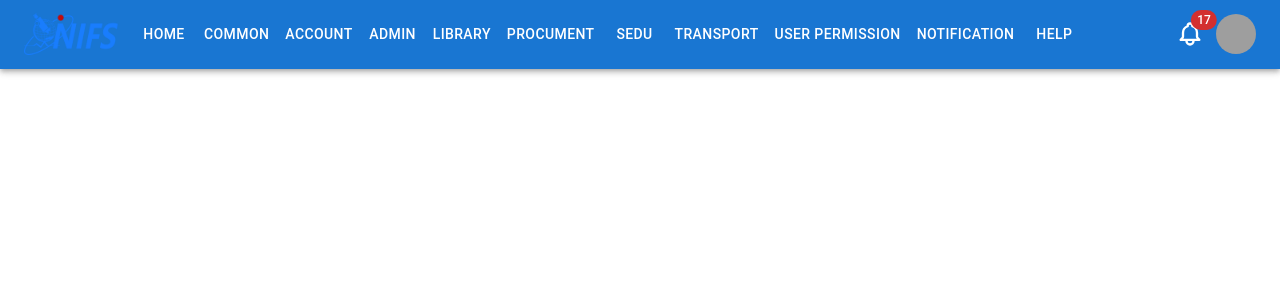
Repository: virangaj/NIFS-WebApp
Page: / (app in client/)
An editor plug-in stored every save of this project. The page is shown before and after the next save, followed by the edit.
The browser window is 1280 px wide. The pictures show the whole page.
Pictures or frames that could not be fetched are drawn as grey boxes. The project was rebuilt for these pictures with package versions that can differ from the ones it lists, and the page was loaded fresh each time.

Above is the page before, as saved 2022-07-17 20:37:43.

### client/public/index.html
<!DOCTYPE html>
<html lang="en">
	<head>
		<meta charset="utf-8" />
		<link rel="icon" href="%PUBLIC_URL%/favicon.ico" />
		<meta name="viewport" content="width=device-width, initial-scale=1" />
		<meta name="theme-color" content="#000000" />
		<meta
			name="description"
			content="Web site created using create-react-app"
		/>
		<link rel="apple-touch-icon" href="%PUBLIC_URL%/logo192.png" />
		<!--
      manifest.json provides metadata used when your web app is installed on a
      user's mobile device or desktop. See https://developers.google.com/web/fundamentals/web-app-manifest/
    -->
		<link rel="manifest" href="%PUBLIC_URL%/manifest.json" />
		<!--
      Notice the use of %PUBLIC_URL% in the tags above.
      It will be replaced with the URL of the `public` folder during the build.
      Only files inside the `public` folder can be referenced from the HTML.

      Unlike "/favicon.ico" or "favicon.ico", "%PUBLIC_URL%/favicon.ico" will
      work correctly both with client-side routing and a non-root public URL.
      Learn how to configure a non-root public URL by running `npm run build`.
    -->
		<link
			href="https://fonts.googleapis.com/css?family=Poppins"
			rel="stylesheet"
		/>
		<title>NIFS Dashboard</title>
	</head>
	<body>
		<noscript>You need to enable JavaScript to run this app.</noscript>
		<div id="root"></div>
		<!--
      This HTML file is a template.
      If you open it directly in the browser, you will see an empty page.

      You can add webfonts, meta tags, or analytics to this file.
      The build step will place the bundled scripts into the <body> tag.

      To begin the development, run `npm start` or `yarn start`.
      To create a production bundle, use `npm run build` or `yarn build`.
    -->
	</body>
</html>

### client/src/index.css
* {
  margin: 0;
}

body {
  font-family: 'Poppins';
  -webkit-font-smoothing: antialiased;
  -moz-osx-font-smoothing: grayscale;
}

:root {
  --main-navbar-back: #00003c;

}


.nav-logo {
  width: 100px;
  height: auto;
}

/* main navbar */
.main-navbar {
  background-color: var(--main-navbar-back) !important;
  width: 100% !important;
}

/* secondary navbar */
.secondary-navbar {
  margin-top: 10vh !important;
  margin: auto;
}

/* body content */
.body-content {
  margin: auto;
  width: 90%;
  margin-top: 7vh;

}

.sub-body-content {
  margin: auto;
  width: 90%;
  margin-top: 3vh;
}

### client/src/App.tsx
import React from 'react';

import './App.css';
import Navbar from './components/shared/Navbar';

function App() {
  return (
    <div className="App">
      <Navbar />
    </div>
  );
}

export default App;

### client/src/components/shared/Navbar.tsx
import * as React from 'react';
import AppBar from '@mui/material/AppBar';
import Box from '@mui/material/Box';
import Toolbar from '@mui/material/Toolbar';
import IconButton from '@mui/material/IconButton';
import Typography from '@mui/material/Typography';
import Menu from '@mui/material/Menu';
import Container from '@mui/material/Container';
import Avatar from '@mui/material/Avatar';
import Button from '@mui/material/Button';
import Tooltip from '@mui/material/Tooltip';
import MenuItem from '@mui/material/MenuItem';
import { HiMenuAlt2, HiOutlineBell } from "react-icons/hi";
import Badge from '@mui/material/Badge';
import Logo from '../../images/nifs_logo.png'
import { Link } from 'react-router-dom';

const Navbar = () => {
    const pages = [
        {
            id: 0,
            title: 'Home',
            link: '/',
        },
        {
            id: 1,
            title: 'Common',
            link: '/common',
        },
        {
            id: 2,
            title: 'Account',
            link: '/account',
        },
        {
            id: 3,
            title: 'Admin',
            link: '/admin',
        },
        {
            id: 4,
            title: 'Library',
            link: '/library',
        },
        {
            id: 5,
            title: 'Procument',
            link: '/procument',
        },
        {
            id: 6,
            title: 'SEDU',
            link: '/sedu',
        },
        {
            id: 7,
            title: 'Transport',
            link: '/transport',
        },
        {
            id: 8,
            title: 'User Permission',
            link: '/user-permission',
        },
        {
            id: 9,
            title: 'Notification',
            link: '/notification',
        },
        {
            id: 10,
            title: 'Help',
            link: '/help',
        },
    ];

    const settings = [
        {
            id: 0,
            title: 'Login',
            link: '/login',
        },
    ];
    const [anchorElNav, setAnchorElNav] = React.useState<null | HTMLElement>(null);
    const [anchorElUser, setAnchorElUser] = React.useState<null | HTMLElement>(null);

    const handleOpenNavMenu = (event: React.MouseEvent<HTMLElement>) => {
        setAnchorElNav(event.currentTarget);
    };
    const handleOpenUserMenu = (event: React.MouseEvent<HTMLElement>) => {
        setAnchorElUser(event.currentTarget);
    };

    const handleCloseNavMenu = () => {
        setAnchorElNav(null);
    };

    const handleCloseUserMenu = () => {
        setAnchorElUser(null);
    };

    return (
        <AppBar position="static">
            <Container maxWidth="xl">
                <Toolbar disableGutters>
                    {/*Responsive view start here  */}
                    <Box sx={{ display: { xs: 'none', md: 'flex' }, mr: 1 }}>
                        <img src={Logo} alt="logo" className="nav-logo" />
                    </Box>


                    <Box sx={{ flexGrow: 1, display: { xs: 'flex', md: 'none' } }}>
                        <IconButton
                            size="large"
                            aria-label="account of current user"
                            aria-controls="menu-appbar"
                            aria-haspopup="true"
                            onClick={handleOpenNavMenu}
                            color="inherit"
                        >
                            <HiMenuAlt2 />
                        </IconButton>
                        <Menu
                            id="menu-appbar"
                            anchorEl={anchorElNav}
                            anchorOrigin={{
                                vertical: 'bottom',
                                horizontal: 'left',
                            }}
                            keepMounted
                            transformOrigin={{
                                vertical: 'top',
                                horizontal: 'left',
                            }}
                            open={Boolean(anchorElNav)}
                            onClose={handleCloseNavMenu}
                            sx={{
                                display: { xs: 'block', md: 'none' },
                            }}
                        >
                            {pages && pages.map((page) => (
                                <MenuItem key={page.id} onClick={handleCloseNavMenu}>
                                    {/* <Link to={page.link} style={{ textDecoration: 'none' }}> */}
                                    <Typography textAlign="center">{page.title}</Typography>
                                    {/* </Link> */}
                                </MenuItem>
                            ))}
                        </Menu>
                    </Box>
                    {/* Responsive view ends here */}

                    {/* Full width starts here */}
                    <Box
                        sx={{
                            mr: 2,
                            display: { xs: 'flex', md: 'none' },
                            flexGrow: 1,
                        }}
                    >
                        <img src={Logo} alt="logo" className="nav-logo" />
                    </Box>

                    <Box sx={{ flexGrow: 1, display: { xs: 'none', md: 'flex' } }}>
                        {pages.map((page) => (
                            <Button
                                key={page.id}
                                onClick={handleCloseNavMenu}
                                sx={{ my: 2, color: 'white', display: 'block' }}
                            >
                                {page.title}
                            </Button>
                        ))}
                    </Box>
                    <IconButton
                        size="large"
                        aria-label="show 17 new notifications"
                        color="inherit"
                    >
                        <Badge badgeContent={17} color="error">
                            <HiOutlineBell />
                        </Badge>
                    </IconButton>
                    <Box sx={{ flexGrow: 0 }}>
                        <Tooltip title="Open settings">
                            <IconButton onClick={handleOpenUserMenu} sx={{ p: 0 }}>
                                <Avatar alt="Remy Sharp" src="/static/images/avatar/2.jpg" />
                            </IconButton>
                        </Tooltip>
                        <Menu
                            sx={{ mt: '45px' }}
                            id="menu-appbar"
                            anchorEl={anchorElUser}
                            anchorOrigin={{
                                vertical: 'top',
                                horizontal: 'right',
                            }}
                            keepMounted
                            transformOrigin={{
                                vertical: 'top',
                                horizontal: 'right',
                            }}
                            open={Boolean(anchorElUser)}
                            onClose={handleCloseUserMenu}
                        >
                            {settings && settings.map((setting) => (
                                <MenuItem key={setting.id} onClick={handleCloseUserMenu}>
                                    <Typography textAlign="center">{setting.title}</Typography>
                                </MenuItem>
                            ))}
                        </Menu>
                    </Box>
                </Toolbar>
            </Container>
        </AppBar>
    );
};
export default Navbar;

Loaded but not shown: client/src/index.tsx (common file); client/src/reportWebVitals.ts (common file); client/src/App.css (common file)

After the next save:
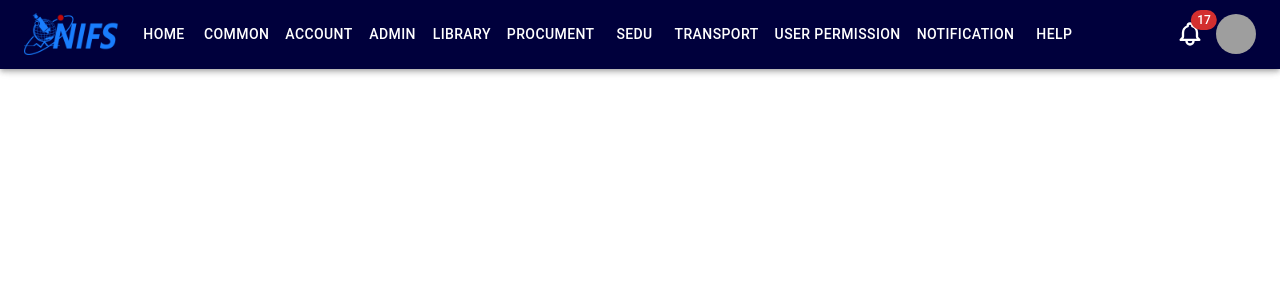
Saved 12 s later.
--- a/client/src/components/shared/Navbar.tsx
+++ b/client/src/components/shared/Navbar.tsx
@@ -100,7 +100,7 @@ const Navbar = () => {
     };
 
     return (
-        <AppBar position="static">
+        <AppBar position="fixed" className="main-navbar">
             <Container maxWidth="xl">
                 <Toolbar disableGutters>
                     {/*Responsive view start here  */}
